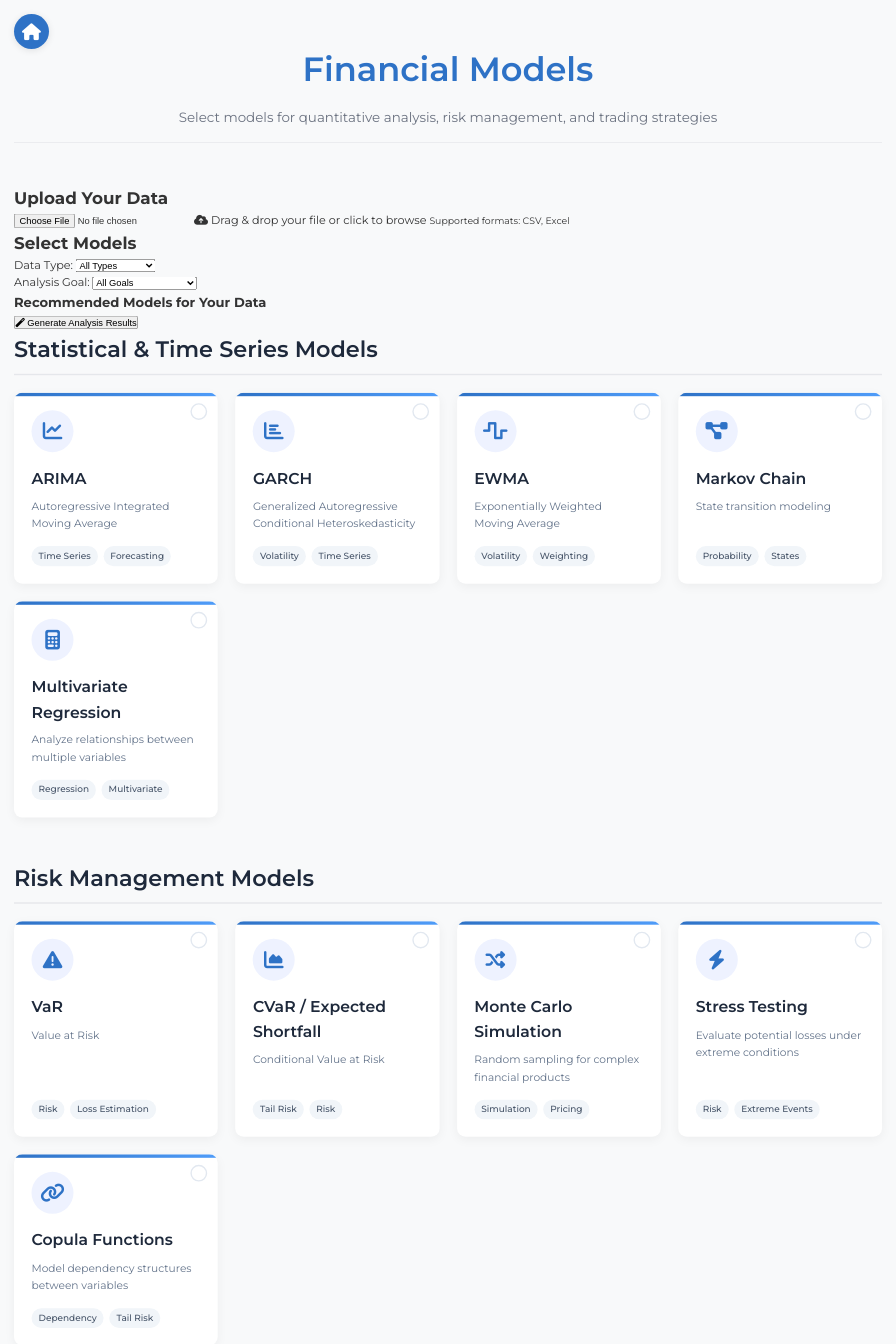
Repository: SeanWu089/seanworkspace
Page: FinancialModels.html
These files come from the project's save history. The page is drawn as it stood at one moment and after the next save; the edit follows.
The browser window is 1280 px wide. The pictures show the part of the page from y = 0 to 1920 px (the page is 4238 px tall before and 4242 px after), at 70% of full size.
Some web fonts or font styles are not loaded; a fallback is used.

Above is the page before, as saved 2025-03-12 13:24:06.

After the next save:
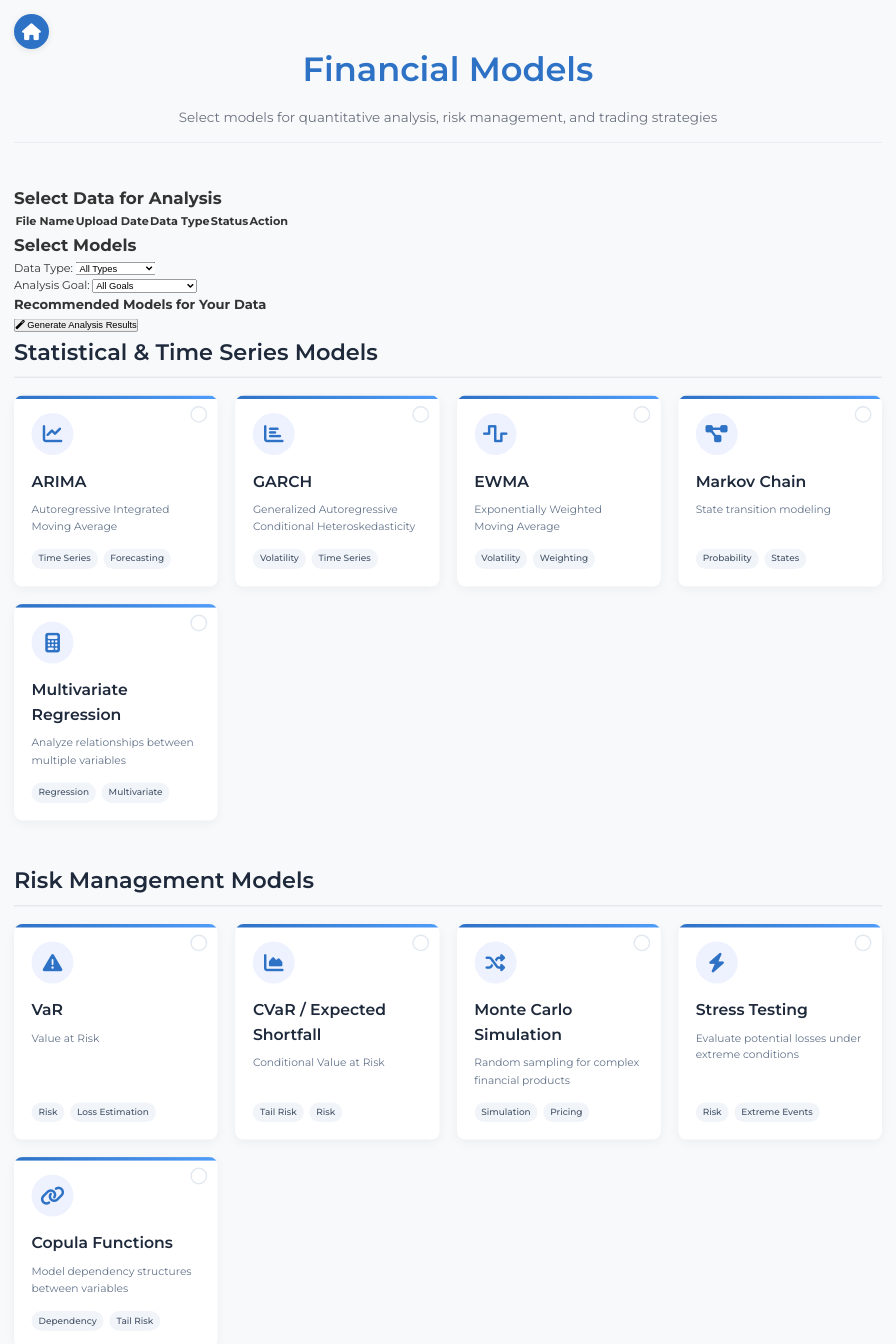
Saved 2 min 10 s later.
--- a/FinancialModels.html
+++ b/FinancialModels.html
@@ -20,20 +20,26 @@
     <p>Select models for quantitative analysis, risk management, and trading strategies</p>
   </header>
 
-  <!-- 添加数据上传部分 -->
-  <section class="data-upload-section">
-    <h2>Upload Your Data</h2>
-    <div class="upload-container">
-      <div class="file-upload-box">
-        <input type="file" id="dataFile" accept=".csv, .xlsx, .xls" class="file-input" />
-        <label for="dataFile">
-          <i class="fas fa-cloud-upload-alt"></i>
-          <span>Drag & drop your file or click to browse</span>
-          <small>Supported formats: CSV, Excel</small>
-        </label>
-      </div>
-      <div class="data-preview" id="dataPreview">
-        <!-- 数据预览表格将在这里显示 -->
+  <!-- 数据选择部分 -->
+  <section class="data-selection-section">
+    <h2>Select Data for Analysis</h2>
+    <div class="data-list">
+      <!-- 数据列表将通过JavaScript从Supabase加载 -->
+      <div class="data-table-wrapper">
+        <table class="data-table">
+          <thead>
+            <tr>
+              <th>File Name</th>
+              <th>Upload Date</th>
+              <th>Data Type</th>
+              <th>Status</th>
+              <th>Action</th>
+            </tr>
+          </thead>
+          <tbody id="dataTableBody">
+            <!-- 数据行将通过JavaScript动态填充 -->
+          </tbody>
+        </table>
       </div>
     </div>
   </section>
